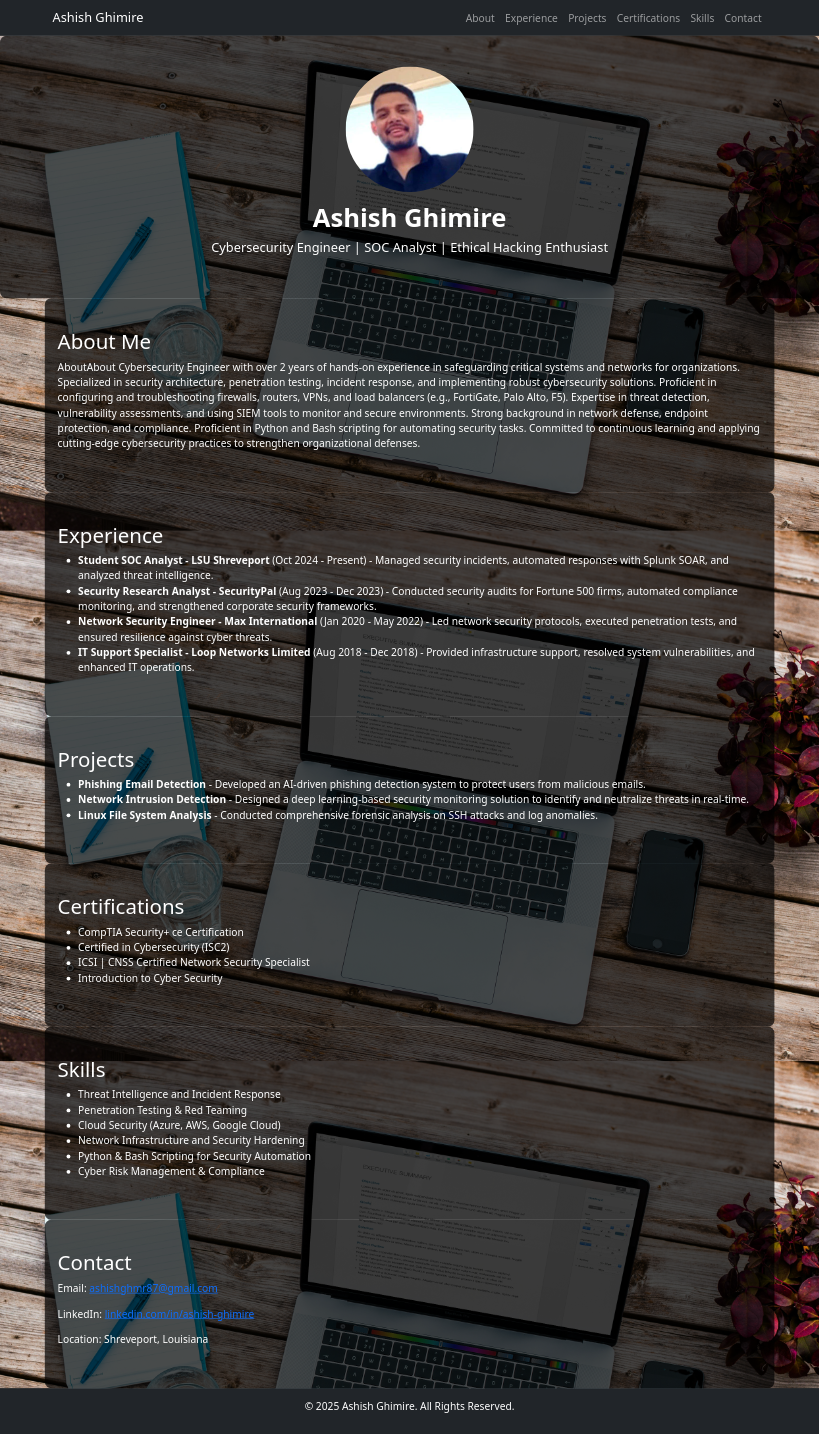
Repository: NetworkNinja11/ashishghimire.github.io
Page: index.html
An editor plug-in stored every save of this project. The page is shown before and after the next save, followed by the edit.
The browser window is 1280 px wide. The pictures show the whole page, at 64% of full size.
Backgrounds fixed to the window are drawn as part of the page.

Above is the page before, as saved 2025-03-11 00:22:18.
Not found: styles.css

### index.html
<!DOCTYPE html>
<html lang="en">
<head>
    <meta charset="UTF-8">
    <meta name="viewport" content="width=device-width, initial-scale=1.0">
    <title>Ashish Ghimire - Cybersecurity Portfolio</title>
    <link rel="stylesheet" href="styles.css">
    <script defer src="script.js"></script>
    <link href="https://cdn.jsdelivr.net/npm/bootstrap@5.3.0/dist/css/bootstrap.min.css" rel="stylesheet">
    <style>
        body {
            background: url('background1.png') no-repeat center center fixed;
            background-size: cover;
            color: white;
        }
        .content-section {
            background: rgba(0, 0, 0, 0.7);
            padding: 20px;
            border-radius: 10px;
        }
    </style>
</head>
<body>
    <nav class="navbar navbar-dark bg-dark navbar-expand-lg">
        <div class="container">
            <a class="navbar-brand" href="#">Ashish Ghimire</a>
            <button class="navbar-toggler" type="button" data-bs-toggle="collapse" data-bs-target="#navbarNav">
                <span class="navbar-toggler-icon"></span>
            </button>
            <div class="collapse navbar-collapse" id="navbarNav">
                <ul class="navbar-nav ms-auto">
                    <li class="nav-item"><a class="nav-link" href="#about">About</a></li>
                    <li class="nav-item"><a class="nav-link" href="#experience">Experience</a></li>
                    <li class="nav-item"><a class="nav-link" href="#projects">Projects</a></li>
                    <li class="nav-item"><a class="nav-link" href="#certifications">Certifications</a></li>
                    <li class="nav-item"><a class="nav-link" href="#skills">Skills</a></li>
                    <li class="nav-item"><a class="nav-link" href="#contact">Contact</a></li>
                </ul>
            </div>
        </div>
    </nav>

    <header class="text-center text-white py-5 content-section">
        <img src="image.png" alt="Ashish Ghimire" class="img-fluid rounded-circle" width="200">
        <h1 class="fw-bold mt-3">Ashish Ghimire</h1>
        <p class="lead">Cybersecurity Engineer | SOC Analyst | Ethical Hacking Enthusiast</p>
    </header>

    <section id="about" class="container py-5 content-section">
        <h2>About Me</h2>
        <p>
            AboutAbout
            Cybersecurity Engineer with over 2 years of hands-on experience in safeguarding critical systems and networks for organizations. Specialized in security architecture, penetration testing, incident response, and implementing robust cybersecurity solutions. Proficient in configuring and troubleshooting firewalls, routers, VPNs, and load balancers (e.g., FortiGate, Palo Alto, F5). Expertise in threat detection, vulnerability assessments, and using SIEM tools to monitor and secure environments. Strong background in network defense, endpoint protection, and compliance. Proficient in Python and Bash scripting for automating security tasks. Committed to continuous learning and applying cutting-edge cybersecurity practices to strengthen organizational defenses.</p>
    </section>

    <section id="experience" class="container py-5 content-section">
        <h2>Experience</h2>
        <ul>
            <li><strong>Student SOC Analyst - LSU Shreveport</strong> (Oct 2024 - Present) - Managed security incidents, automated responses with Splunk SOAR, and analyzed threat intelligence.</li>
            <li><strong>Security Research Analyst - SecurityPal</strong> (Aug 2023 - Dec 2023) - Conducted security audits for Fortune 500 firms, automated compliance monitoring, and strengthened corporate security frameworks.</li>
            <li><strong>Network Security Engineer - Max International</strong> (Jan 2020 - May 2022) - Led network security protocols, executed penetration tests, and ensured resilience against cyber threats.</li>
            <li><strong>IT Support Specialist - Loop Networks Limited</strong> (Aug 2018 - Dec 2018) - Provided infrastructure support, resolved system vulnerabilities, and enhanced IT operations.</li>
        </ul>
    </section>

    <section id="projects" class="container py-5 content-section">
        <h2>Projects</h2>
        <ul>
            <li><strong>Phishing Email Detection</strong> - Developed an AI-driven phishing detection system to protect users from malicious emails.</li>
            <li><strong>Network Intrusion Detection</strong> - Designed a deep learning-based security monitoring solution to identify and neutralize threats in real-time.</li>
            <li><strong>Linux File System Analysis</strong> - Conducted comprehensive forensic analysis on SSH attacks and log anomalies.</li>
        </ul>
    </section>

    <section id="certifications" class="container py-5 content-section">
        <h2>Certifications</h2>
        <ul>
            <li>CompTIA Security+ ce Certification</li>
            <li>Certified in Cybersecurity (ISC2)</li>
            <li>ICSI | CNSS Certified Network Security Specialist</li>
            <li>Introduction to Cyber Security</li>
        </ul>
    </section>

    <section id="skills" class="container py-5 content-section">
        <h2>Skills</h2>
        <ul>
            <li>Threat Intelligence and Incident Response</li>
            <li>Penetration Testing & Red Teaming</li>
            <li>Cloud Security (Azure, AWS, Google Cloud)</li>
            <li>Network Infrastructure and Security Hardening</li>
            <li>Python & Bash Scripting for Security Automation</li>
            <li>Cyber Risk Management & Compliance</li>
        </ul>
    </section>

    <section id="contact" class="container py-5 content-section">
        <h2>Contact</h2>
        <p>Email: <a href="mailto:ashishghmr87@gmail.com">ashishghmr87@gmail.com</a></p>
        <p>LinkedIn: <a href="https://www.linkedin.com/in/ashish-ghimire-96755b179/" target="_blank">linkedin.com/in/ashish-ghimire</a></p>
        <p>Location: Shreveport, Louisiana</p>
    </section>

    <footer class="text-center bg-dark text-white py-3">
        <p>&copy; 2025 Ashish Ghimire. All Rights Reserved.</p>
    </footer>

    <script src="https://cdn.jsdelivr.net/npm/bootstrap@5.3.0/dist/js/bootstrap.bundle.min.js"></script>
</body>
</html>

### script.js
document.addEventListener("DOMContentLoaded", function () {
    document.querySelectorAll('a[href^="#"]').forEach(anchor => {
        anchor.addEventListener("click", function (e) {
            e.preventDefault();
            document.querySelector(this.getAttribute("href")).scrollIntoView({
                behavior: "smooth"
            });
        });
    });
});

After the next save:
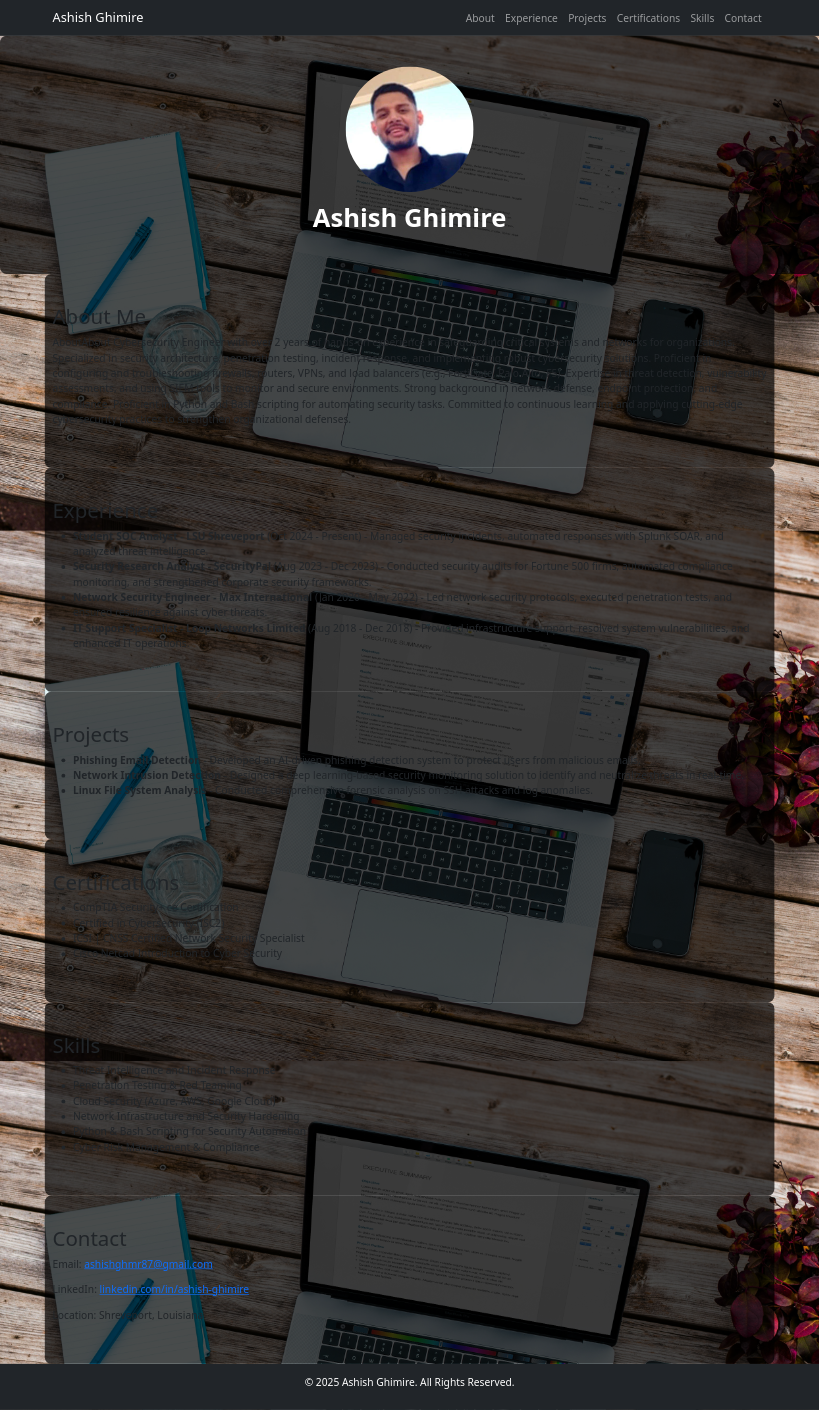
Saved 4 min 28 s later.
--- a/index.html
+++ b/index.html
@@ -43,7 +43,7 @@
     <header class="text-center text-white py-5 content-section">
         <img src="image.png" alt="Ashish Ghimire" class="img-fluid rounded-circle" width="200">
         <h1 class="fw-bold mt-3">Ashish Ghimire</h1>
-        <p class="lead">Cybersecurity Engineer | SOC Analyst | Ethical Hacking Enthusiast</p>
+        <p class="lead">    <link href="https://cdn.jsdelivr.net/npm/bootstrap@5.3.0/dist/css/bootstrap.min.css" rel="stylesheet"></p>
     </header>
 
     <section id="about" class="container py-5 content-section">
@@ -78,7 +78,7 @@
             <li>CompTIA Security+ ce Certification</li>
             <li>Certified in Cybersecurity (ISC2)</li>
             <li>ICSI | CNSS Certified Network Security Specialist</li>
-            <li>Introduction to Cyber Security</li>
+            <li> Cisco Netcad Introduction to Cyber Security</li>
         </ul>
     </section>
 

After the save that followed:
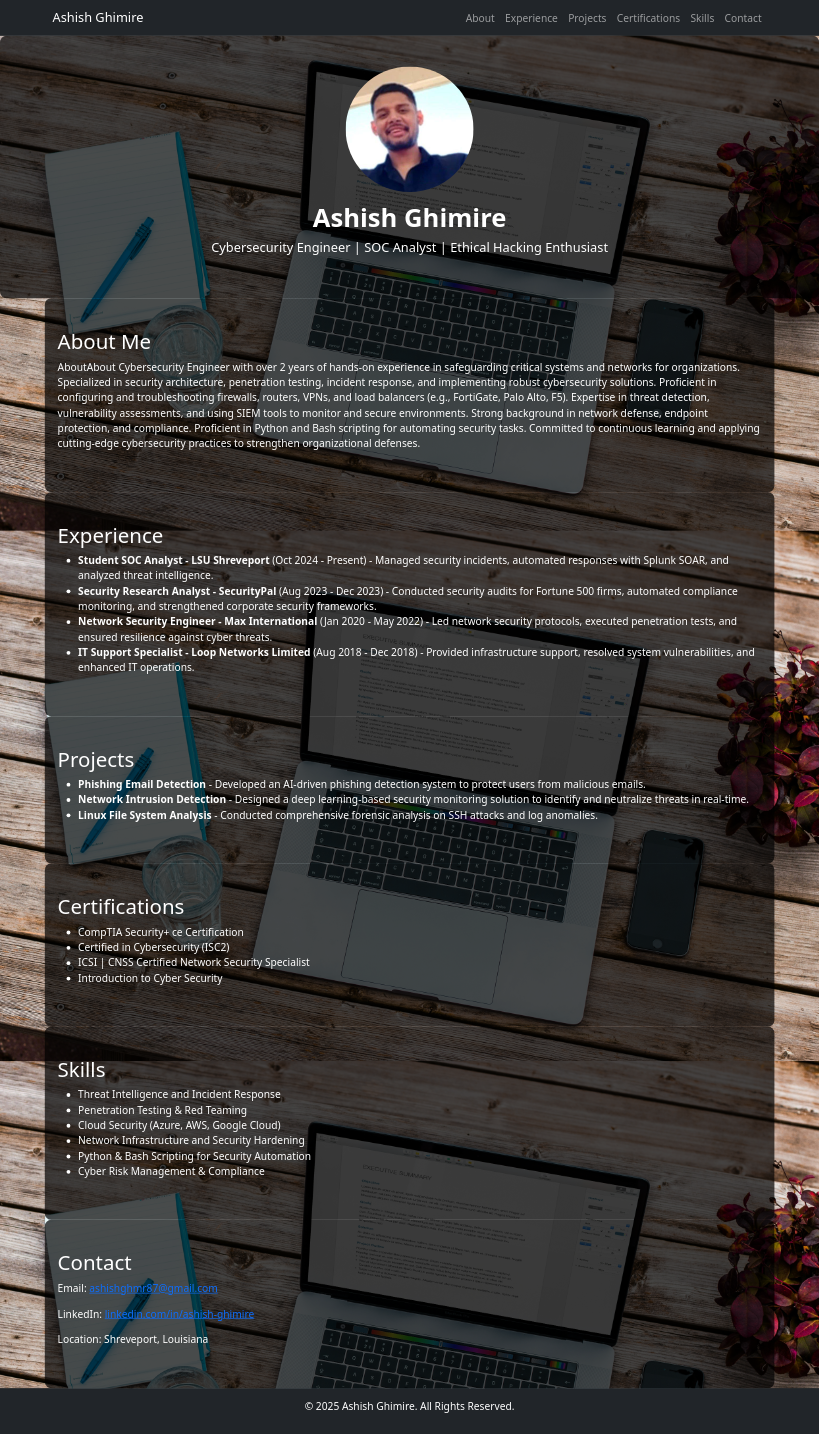
Saved 32 s later.
--- a/index.html
+++ b/index.html
@@ -43,7 +43,7 @@
     <header class="text-center text-white py-5 content-section">
         <img src="image.png" alt="Ashish Ghimire" class="img-fluid rounded-circle" width="200">
         <h1 class="fw-bold mt-3">Ashish Ghimire</h1>
-        <p class="lead">    <link href="https://cdn.jsdelivr.net/npm/bootstrap@5.3.0/dist/css/bootstrap.min.css" rel="stylesheet"></p>
+        <p class="lead">Cybersecurity Engineer | SOC Analyst | Ethical Hacking Enthusiast</p>
     </header>
 
     <section id="about" class="container py-5 content-section">
@@ -78,7 +78,7 @@
             <li>CompTIA Security+ ce Certification</li>
             <li>Certified in Cybersecurity (ISC2)</li>
             <li>ICSI | CNSS Certified Network Security Specialist</li>
-            <li> Cisco Netcad Introduction to Cyber Security</li>
+            <li>Introduction to Cyber Security</li>
         </ul>
     </section>
 
